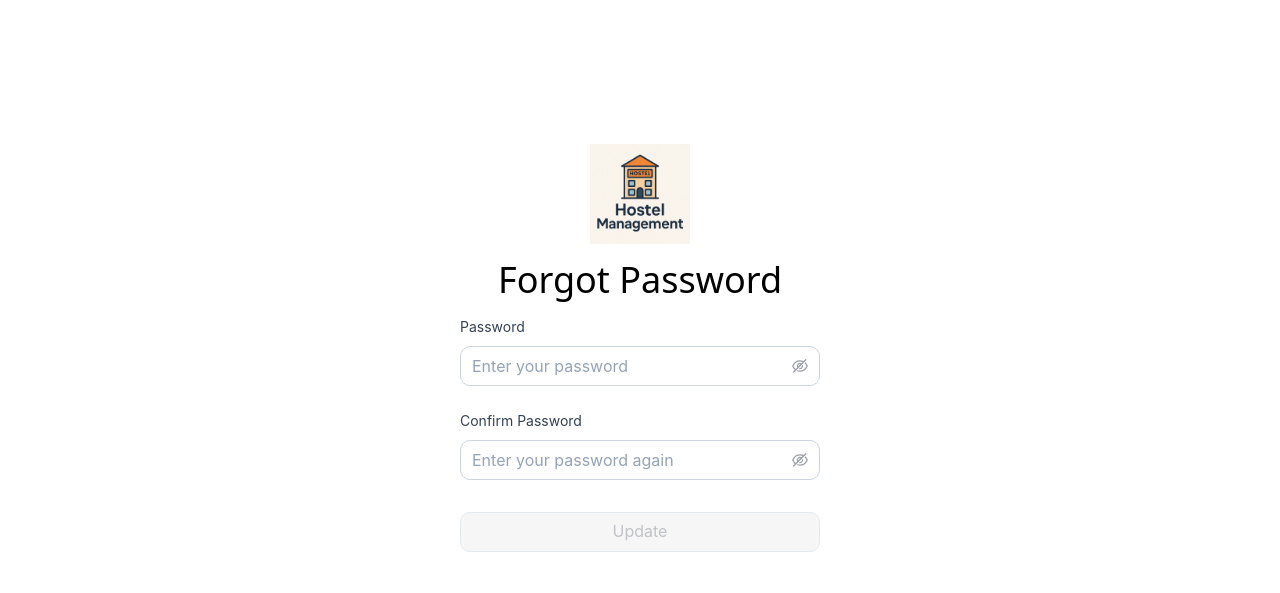
Repository: sujal984/Hostel-Management-System
Page: /forgot (app in frontend/)
The author's editor kept a copy of each file at every save. The page is drawn from the files as they stood at one save, then again after the next save.
The browser window is 1280 px wide. The pictures show the whole page.
The project was rebuilt for these pictures with package versions that can differ from the ones it lists, and the page was loaded fresh each time. Also part of the build but not shown: frontend/vite.config.js, frontend/src/components/ProtectedRoute.jsx, frontend/src/components/Acceptedapplication.jsx, frontend/src/components/AdminDashboard.jsx, frontend/src/components/AdminLogin.jsx, frontend/src/components/StepForms.jsx, frontend/src/components/ApplicationForm.jsx, frontend/src/components/TrackStatus.jsx and 3 more.

Above is the page before, as saved 2025-08-02 17:56:02.

After the next save:
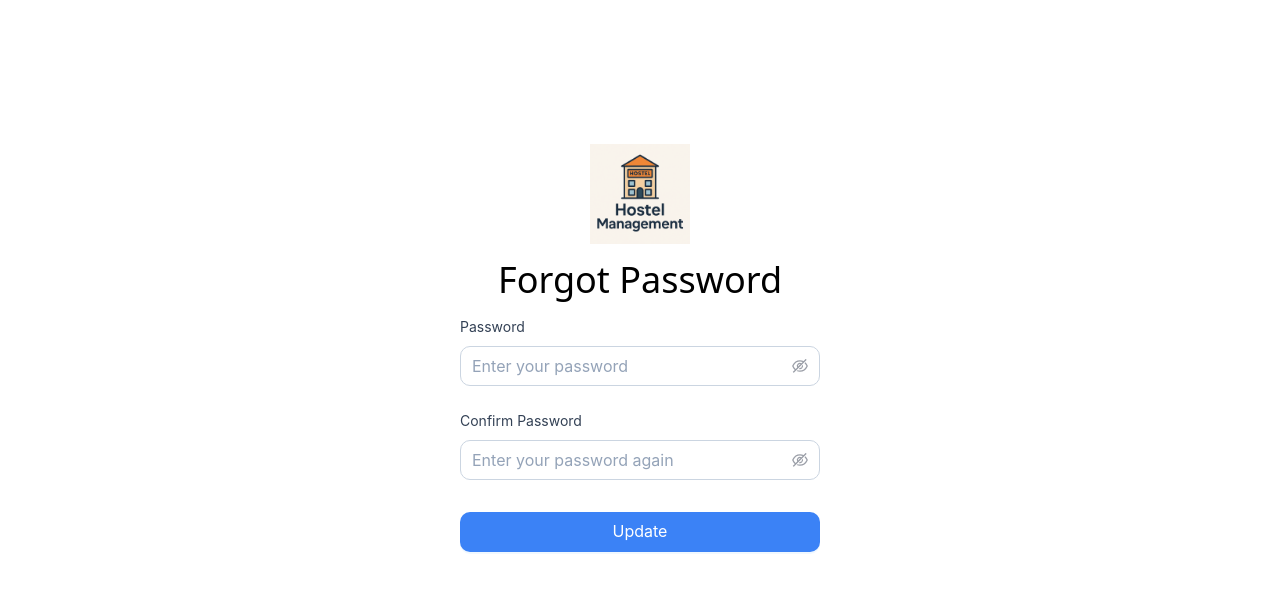
Saved 30 s later.
--- a/frontend/src/components/ForgotPassword.jsx
+++ b/frontend/src/components/ForgotPassword.jsx
@@ -78,7 +78,7 @@ function ForgotPassword() {
                 type="primary"
                 size="large"
                 className="!w-full !mt-2"
-                disabled={form.validateFields()}
+                disabled={!form.validateFields()}
               >
                 Update
               </Button>
